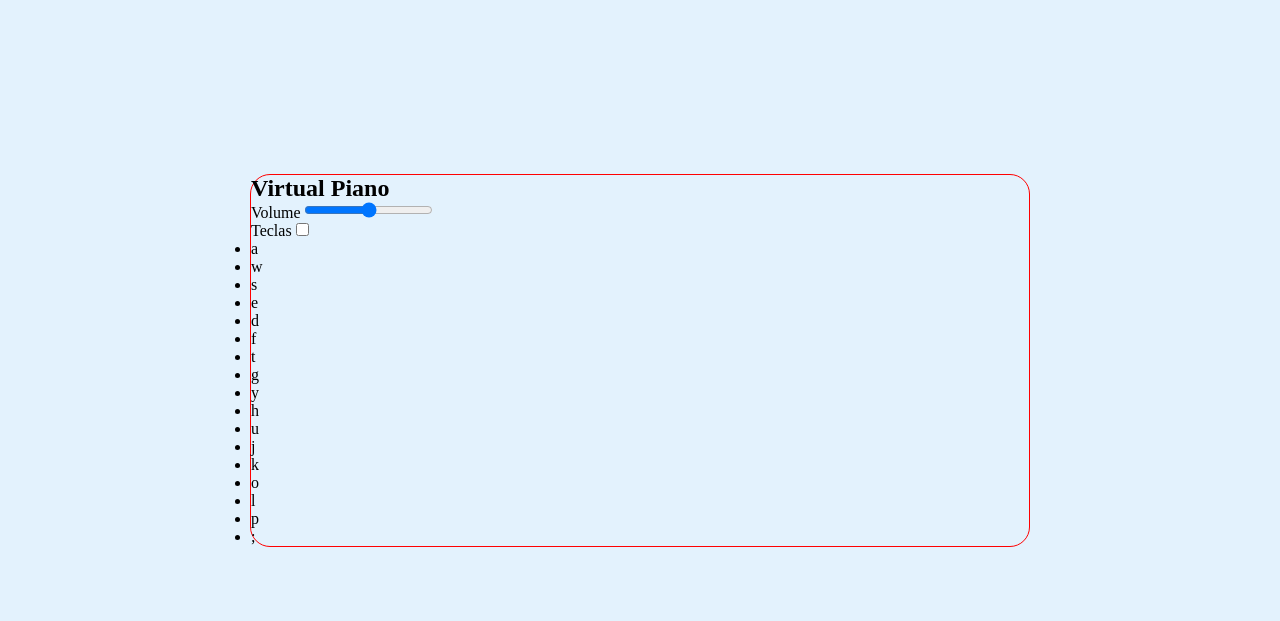
Repository: gustavotwist/simulador-piano
Page: index.html
These files come from the project's save history. The page is drawn as it stood at one moment and after a run of saves; the edit follows.
The browser window is 1280 px wide. The pictures show the whole page.

Above is the page before, as saved 2024-11-27 18:34:09.

After the next 5 saves:
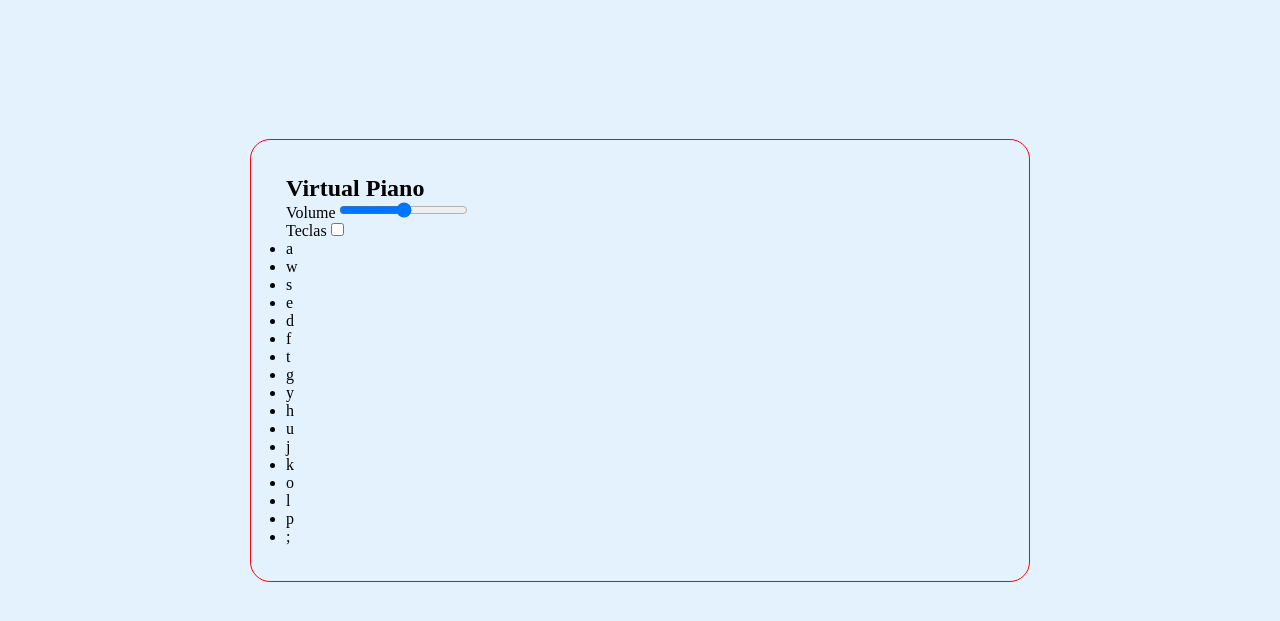
The 5 saves are shown as one change because they came seconds apart.
The last was saved 42 s later.
--- a/src/styles/main.css
+++ b/src/styles/main.css
@@ -9,5 +9,6 @@ body {
 .container {
     width: 780px;
     border-radius: 20px;
+    padding: 35px;
     border: 1px solid red;
 }
